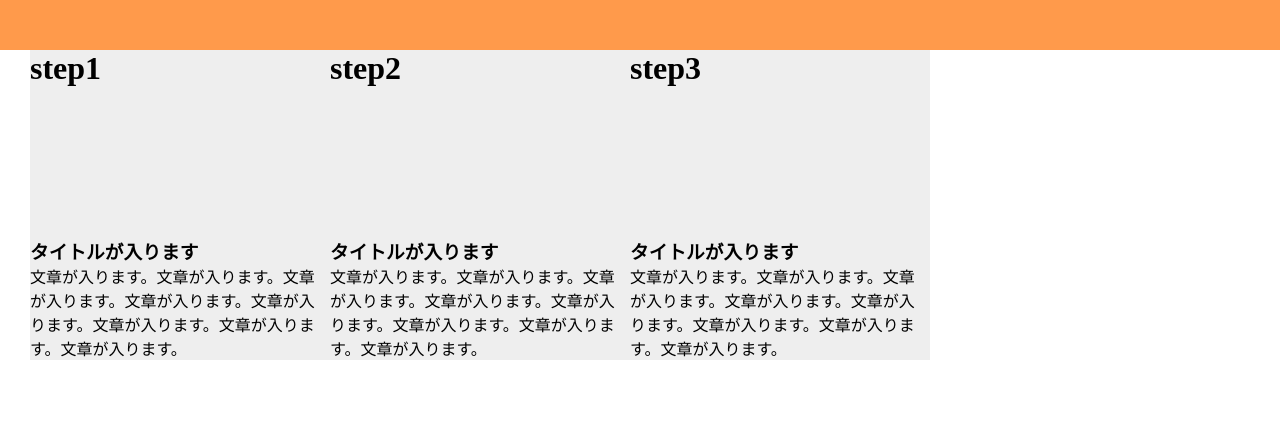
Repository: Kadaisakusei/Bookers2debug-
Page: Assignment1/main.html
The author's editor kept a record of every edit. The page is drawn from the files as they stood at one moment, then again after the next edit.
The browser window is 1280 px wide. The pictures show the whole page.

Above is the page before.

### Assignment1/main.html
<!DOCTYPE HTML>
<html lang="ja">
  <head>
    <meta charset="UTF-8" />
    <link rel="stylesheet" href="add.css" />
    <title>課題１</title>
  </head>

<div class="bar-top"></div>

  <main>
    <div class="contents">
      <h1 class="step">step1</h1>
        <div class="image 1"></div>
        <h3>タイトルが入ります</h3>
        <div class="text">文章が入ります。文章が入ります。文章が入ります。文章が入ります。文章が入ります。文章が入ります。文章が入ります。文章が入ります。</div>
    </div>

    <div class="contents">
      <h1 class="step">step2</h1>
        <div class="image"></div>
        <h3>タイトルが入ります</h3>
        <div class="text">文章が入ります。文章が入ります。文章が入ります。文章が入ります。文章が入ります。文章が入ります。文章が入ります。文章が入ります。</div>
    </div>

    <div class="contents">
      <h1 class="step">step3</h1>
        <div class="image"></div>
        <h3>タイトルが入ります</h3>
        <div class="text">文章が入ります。文章が入ります。文章が入ります。文章が入ります。文章が入ります。文章が入ります。文章が入ります。文章が入ります。</div>
    </div>





  </main>

<div class="bar-under"></div>

### Assignment1/add.css
* {
  margin: 0;
  padding: 0;
  box-sizing: border-box;
}

.bar-top{
  width: 100%;
  height: 50px;
  background-color: #FF9A4B
}

 main{
  width: 960px;
  display: flex;
  justify-content: center;
}

.contents{
  width: 300px;
  background-color: #EEEEEE
}

.image{
  height: 150px;
  padding: 10px,10px,15px,10px;
}

.text{
  width: 300px

}

After the next edit:
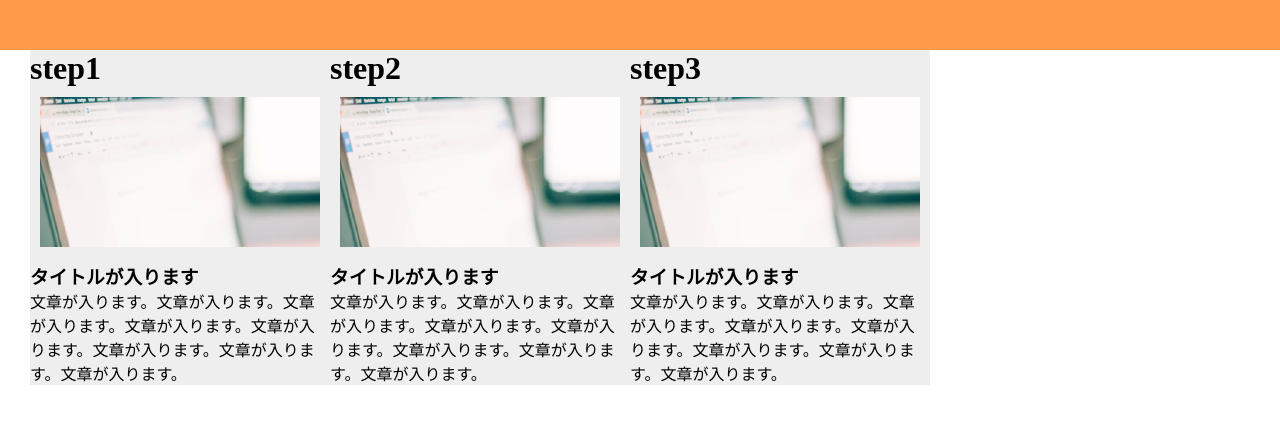
The edit:
--- a/Assignment1/add.css
+++ b/Assignment1/add.css
@@ -23,7 +23,12 @@
 
 .image{
   height: 150px;
-  padding: 10px,10px,15px,10px;
+  margin: 10px 10px 15px 10px;
+  background-image: url(img-Assignment1/flow01.png);
+}
+
+.image 1{
+  background-image: url(img-Assignment1/flow01.png);
 }
 
 .text{
